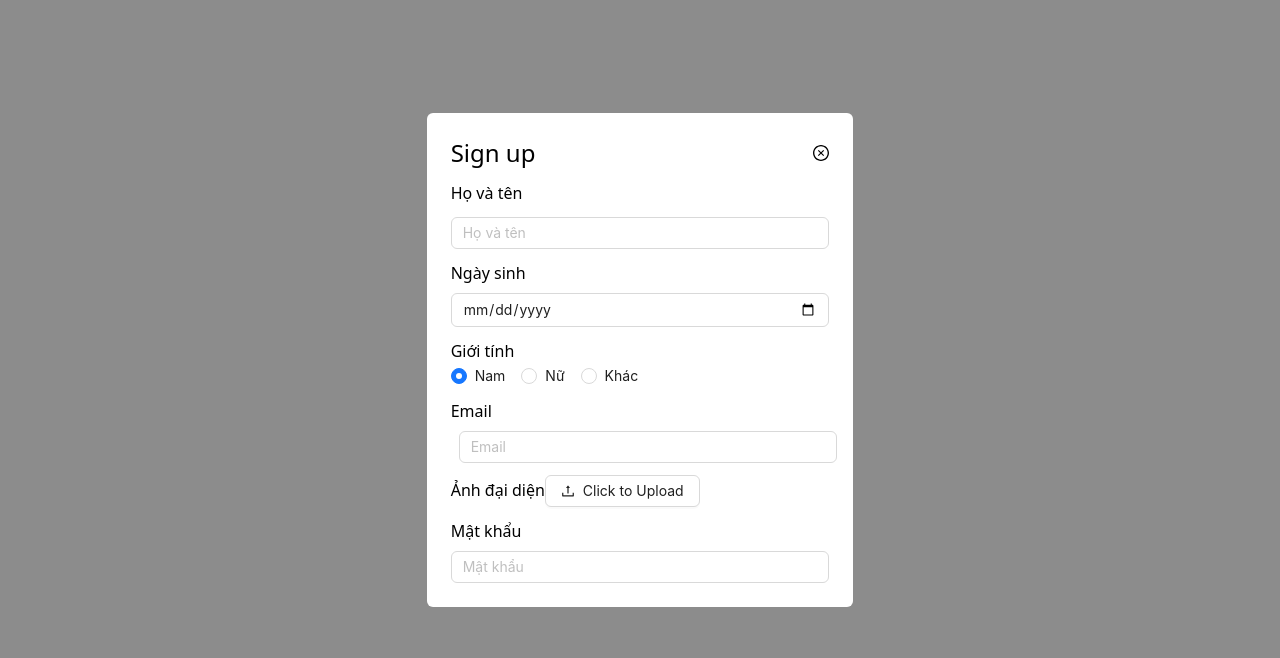
Repository: TinhTT336/MD02_Session14
Page: / (app in client/)
These files come from the project's save history. The page is drawn as it stood at one moment and after the next save; the edit follows.
The browser window is 1280 px wide. The pictures show the whole page.
The project was rebuilt for these pictures with package versions that can differ from the ones it lists, and the page was loaded fresh each time. Also part of the build but not shown: client/vite.config.js, client/src/firebase/configFirebase.js, client/src/components/UploadSingleFile.jsx, client/src/components/register/register.css, client/src/components/register/Register.jsx, client/src/components/register/RegisterWithImg.jsx.

Above is the page before, as saved 2023-09-14 14:26:26.

After the next save:
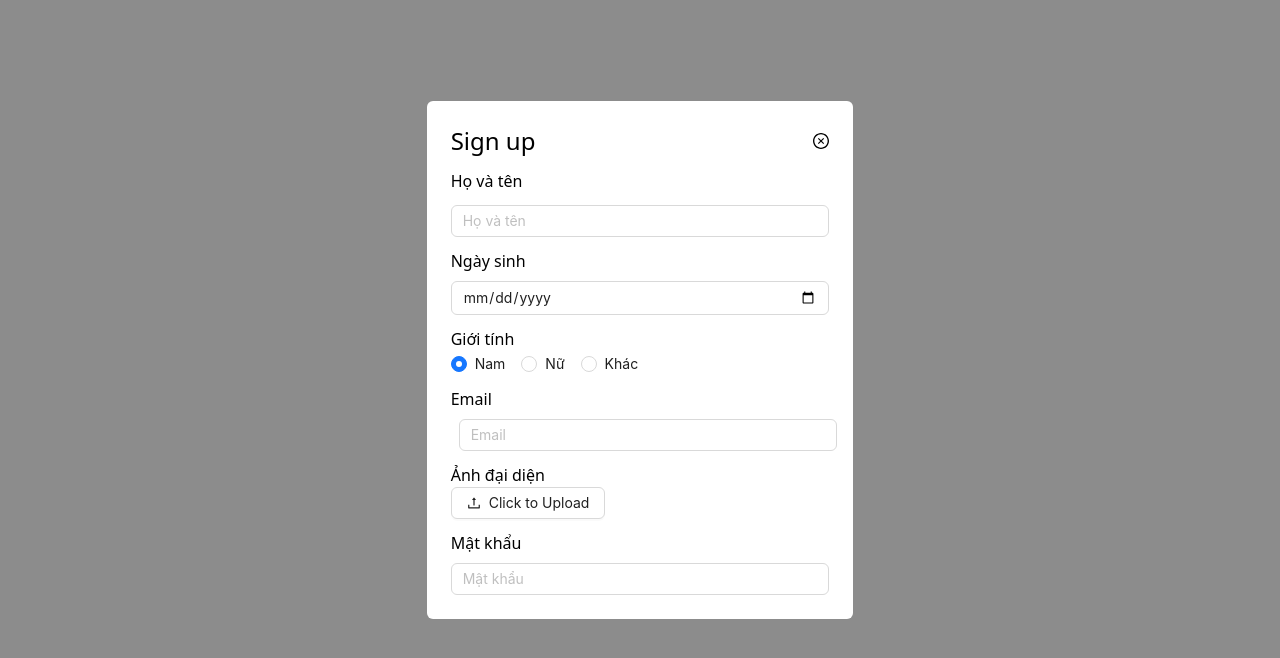
Saved 13 s later.
--- a/client/src/components/signup/Signup.jsx
+++ b/client/src/components/signup/Signup.jsx
@@ -56,9 +56,11 @@ export default function Signup() {
                     </div>
                     <div className='mt-3'>
                         <label htmlFor="avatar">Ảnh đại diện</label>
-                        <Upload {...props}>
-                            <Button icon={<UploadOutlined />}>Click to Upload</Button>
-                        </Upload>
+                        <div>
+                            <Upload {...props}>
+                                <Button icon={<UploadOutlined />}>Click to Upload</Button>
+                            </Upload>
+                        </div>
                     </div>
                     <div className='mt-3'>
                         <label htmlFor="password">Mật khẩu</label>
